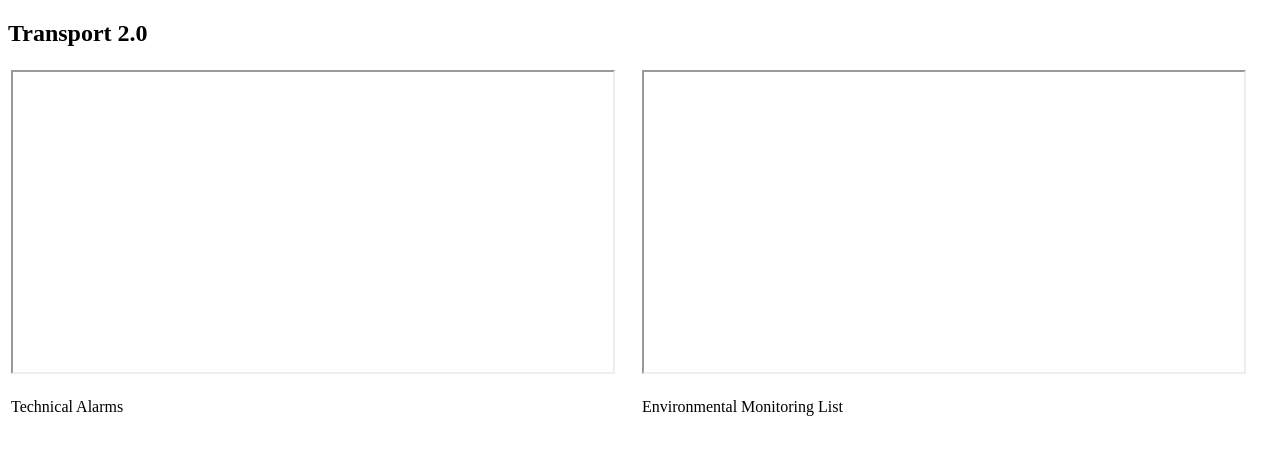
Repository: manjuladevadoss/DemoProject
Page: Eclipseworkspace/DemoPro/html/CCDisplay.html
An editor plug-in stored every save of this project. The page is shown before and after the next save, followed by the edit.
The browser window is 1280 px wide. The pictures show the whole page.

Above is the page before, as saved 2019-02-19 09:54:09.

After the next save:
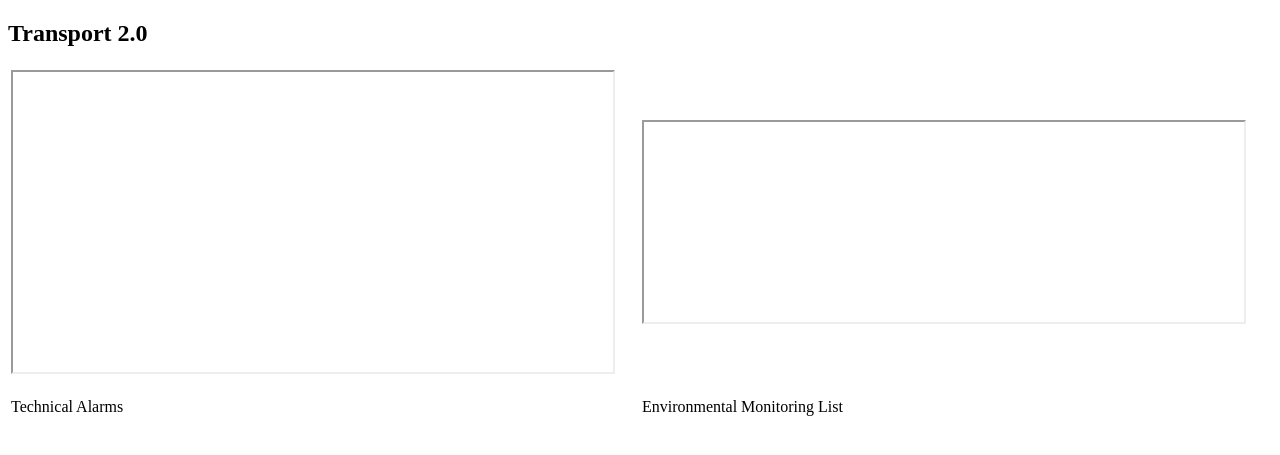
Saved 2 min 48 s later.
--- a/Eclipseworkspace/DemoPro/html/CCDisplay.html
+++ b/Eclipseworkspace/DemoPro/html/CCDisplay.html
@@ -12,7 +12,7 @@
    <iframe src="C:/Users/mdevadoss/workspace/DemoPro/html/incidentTbl.html"  width="600" height="300"></iframe>
  </td>
 	<td>
-  <iframe src="C:/Users/mdevadoss/workspace/DemoPro/html/workOrderTbl.html"  width="600" height="300"></iframe>
+  <iframe src="C:/Users/mdevadoss/workspace/DemoPro/html/workOrderTbl.html"  width="600" height="200"></iframe>
   </td>
 </tr>
 <tr>
